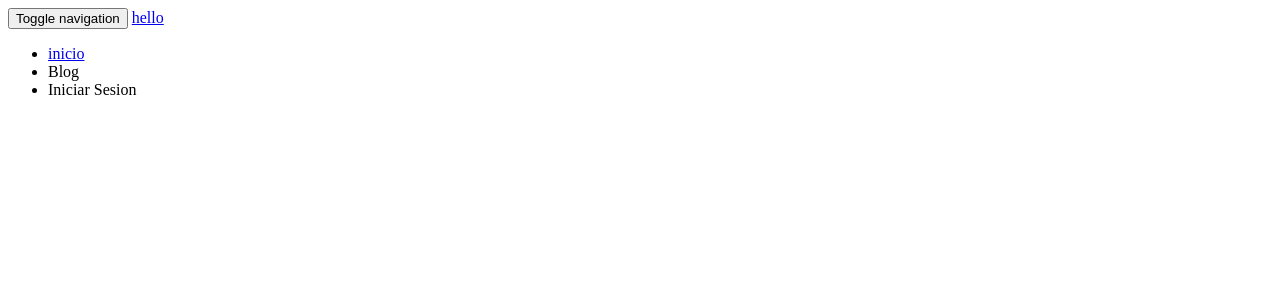
Repository: anamariagr/hello-blog
Page: hello_blog_angular/app/views/menu.html
The author's editor kept a copy of each file at every save. The page is drawn from the files as they stood at one save, then again after the next save.
The browser window is 1280 px wide. The pictures show the whole page.

Above is the page before, as saved 2021-12-16 18:51:36.

After the next save:
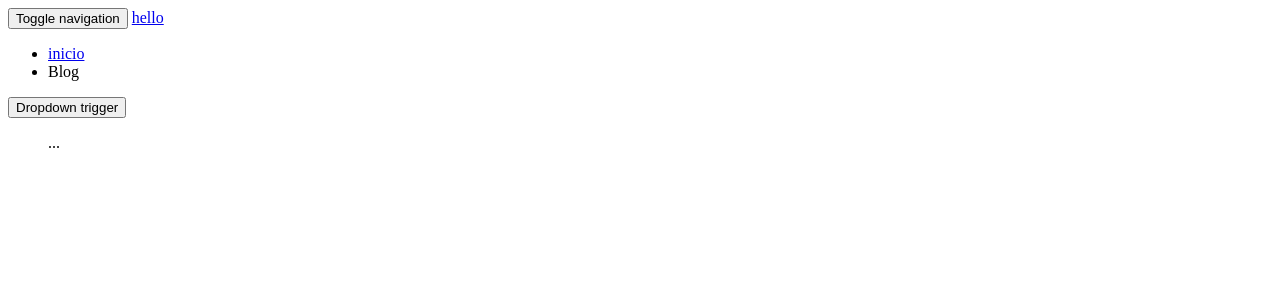
Saved 3 min 4 s later.
--- a/hello_blog_angular/app/views/menu.html
+++ b/hello_blog_angular/app/views/menu.html
@@ -20,8 +20,18 @@
           <ul class="nav navbar-nav">
             <li ng-class="{active : menu.isActive('/')}"><a href="#!/">inicio</a></li>
             <li ng-class="{active : menu.isActive('/about')}"><a ng-href="#!/about">Blog</a></li>
-            <li><a ng-href="#!/login">Iniciar Sesion</a></li>
+
           </ul>
+          <div class="dropdown">
+            <button id="dLabel" type="button" data-toggle="dropdown" aria-haspopup="true" aria-expanded="false">
+              Dropdown trigger
+              <span class="caret"></span>
+            </button>
+            <ul class="dropdown-menu" aria-labelledby="dLabel">
+              ...
+            </ul>
+          </div>
+
         </div>
       </div>
     </div>
